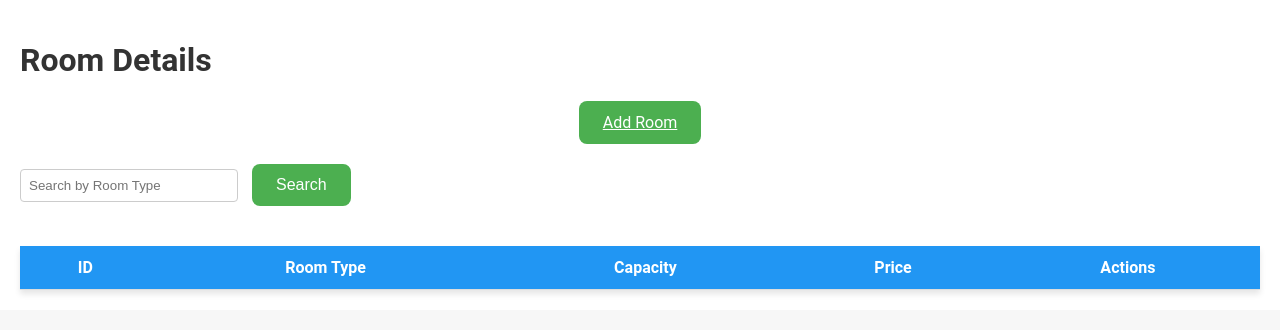
Repository: Trikisalem/examentp_jakarta
Page: http://localhost/hotel/admin/profit.jsp
These files come from the project's save history. The page is drawn as it stood at one moment and after the next save; the edit follows.
The browser window is 1280 px wide. The pictures show the whole page.
The page is served by Tomcat 10. Nobody is signed in. The application's start-up code is not run. Queries for data that is not in the repository find no rows.

Above is the page before, as saved 2024-12-17 11:33:33.

After the next save:
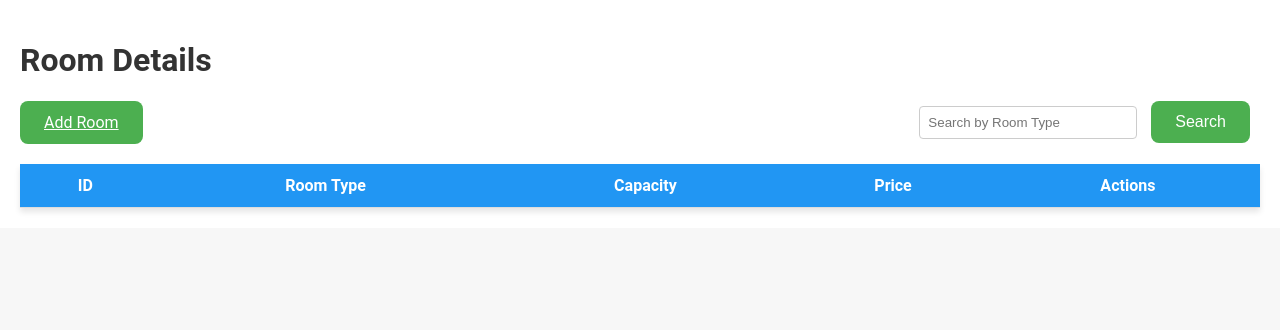
Saved 93 s later.
--- a/hotel/src/main/webapp/admin/profit.jsp
+++ b/hotel/src/main/webapp/admin/profit.jsp
@@ -29,7 +29,7 @@
             text-align: center;
             display: inline-block;
             transition: background-color 0.3s ease, transform 0.2s ease;
-            margin-bottom: 20px;
+            margin-right: 10px;
         }
         .btn:hover {
             background-color: #45a049; /* Darker Green */
@@ -38,8 +38,15 @@
         .btn:active {
             transform: scale(0.98); /* Shrinks slightly when clicked */
         }
+        .button-container {
+            display: flex;
+            justify-content: space-between;
+            align-items: center;
+            margin-bottom: 20px;
+        }
         .search-container {
-            margin-bottom: 20px;
+            display: flex;
+            align-items: center;
         }
         .search-input {
             padding: 8px;
@@ -70,17 +77,18 @@
     <div id="page-wrapper">
         <h1>Room Details</h1>
 
-        <!-- Bouton pour ajouter une chambre -->
-        <div style="text-align: center;">
+        <!-- Conteneur pour les boutons "Add Room" et "Search" -->
+        <div class="button-container">
+            <!-- Bouton pour ajouter une chambre -->
             <a href="addRoom.jsp" class="btn">Add Room</a>
-        </div>
 
-        <!-- Barre de recherche -->
-        <div class="search-container">
-            <form method="get" action="profit.jsp">
-                <input type="text" name="search" class="search-input" placeholder="Search by Room Type" />
-                <button type="submit" class="btn">Search</button>
-            </form>
+            <!-- Barre de recherche -->
+            <div class="search-container">
+                <form method="get" action="profit.jsp">
+                    <input type="text" name="search" class="search-input" placeholder="Search by Room Type" />
+                    <button type="submit" class="btn">Search</button>
+                </form>
+            </div>
         </div>
 
         <!-- Table des résultats -->
